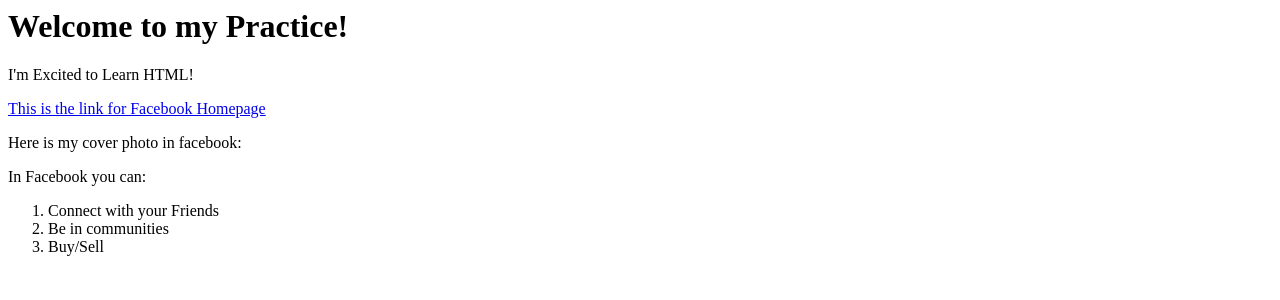
Repository: MonwarAdeeb/Bista_Solutions
Page: HTML & CSS/HTML/Level One/005. Assessment.html
The author's editor kept a copy of each file at every save. The page is drawn from the files as they stood at one save, then again after a run of saves.
The browser window is 1280 px wide. The pictures show the whole page.

Above is the page before, as saved 2021-05-19 15:23:02.

After the next 2 saves:
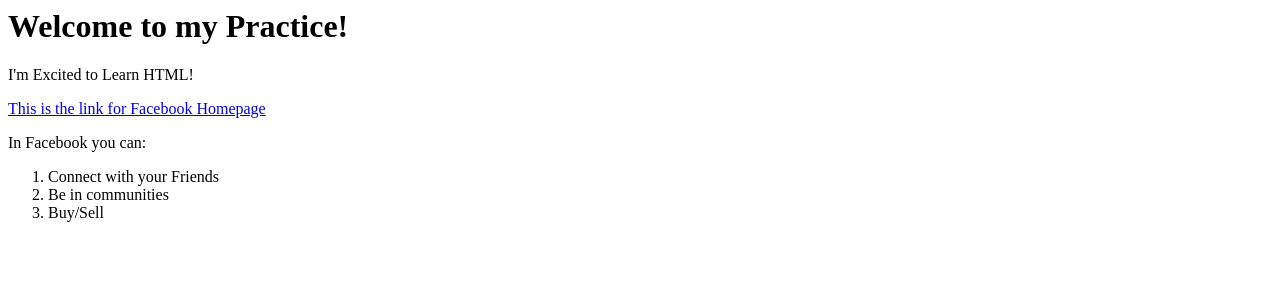
The 2 saves are shown as one change because they came seconds apart.
The last was saved 15 s later.
--- a/HTML & CSS/HTML/Level One/005. Assessment.html
+++ b/HTML & CSS/HTML/Level One/005. Assessment.html
@@ -14,13 +14,13 @@
     This is the link for Facebook Homepage
     </a>
 
-    <p>Here is my cover photo in facebook:</p>
-
     <p>In Facebook you can:</p>
     <ol>
         <li>Connect with your Friends</li>
         <li>Be in communities</li>
         <li>Buy/Sell</li>
     </ol>
+
+
 </body>
 </html>
